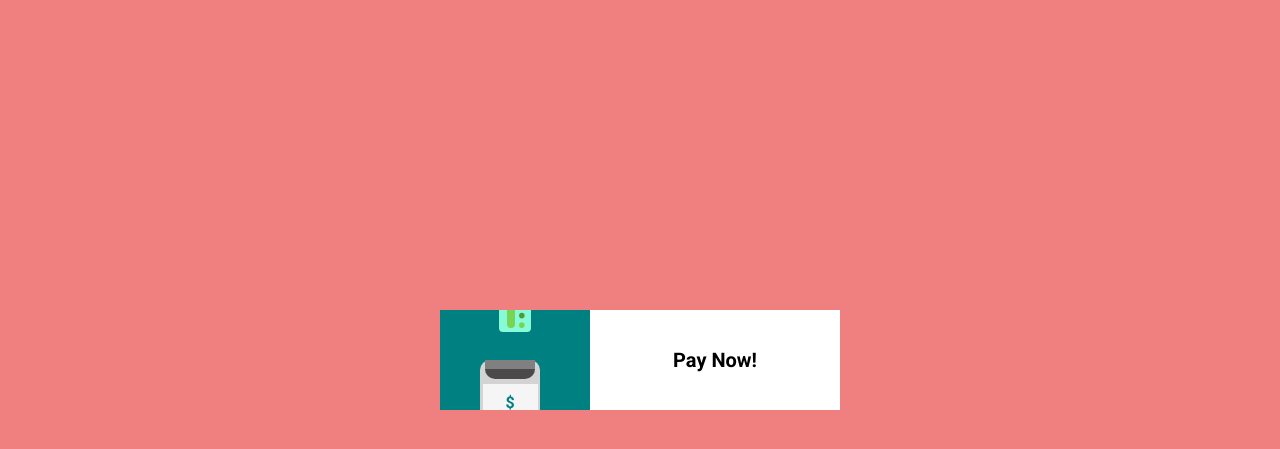
Repository: safak/animation
Page: index.html
These files come from the project's save history. The page is drawn as it stood at one moment and after the next save; the edit follows.
The browser window is 1280 px wide. The pictures show the whole page.
The pointer rests on the first visible `.container`.

Above is the page before, as saved 2020-12-19 01:23:48.

After the next save:
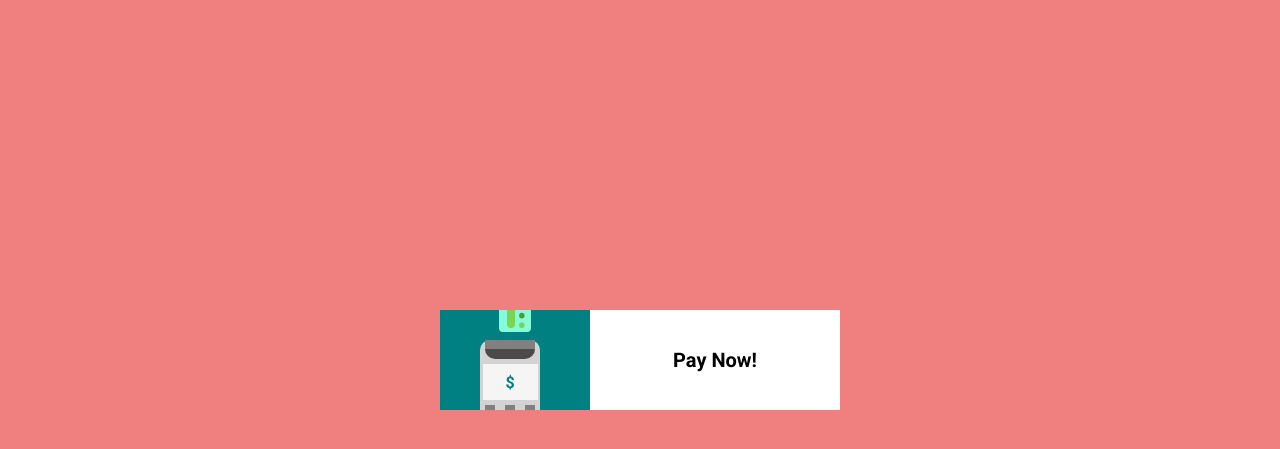
Saved 11 s later.
--- a/style.css
+++ b/style.css
@@ -156,5 +156,5 @@ body {
 }
 
 .container:hover .post {
-  transform: translateY(-50px);
+  transform: translateY(-70px);
 }
